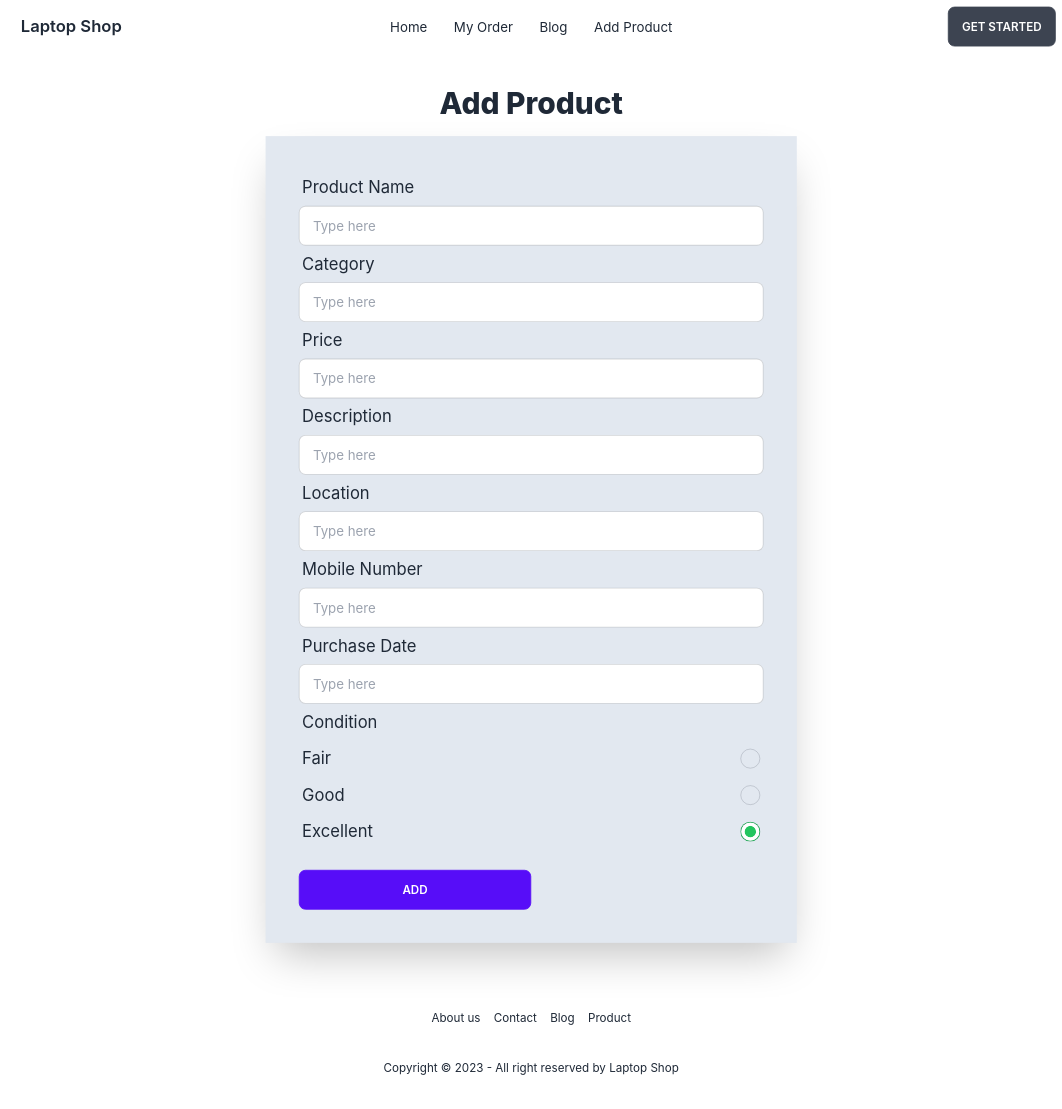
Repository: mdsajib50/E-commerce
Page: /add-product
These files come from the project's save history. The page is drawn as it stood at one moment and after a run of saves; the edit follows.
The browser window is 1280 px wide. The pictures show the whole page, at 83% of full size.
The project was rebuilt for these pictures with package versions that can differ from the ones it lists, and the page was loaded fresh each time. Also part of the build but not shown: src/Pages/Home/Banner/Banner.js, src/Pages/Home/Product/ProductCard.js, src/Pages/Home/Product/Product.js, src/Pages/Home/Home/Home.js.

Above is the page before, as saved 2023-01-11 23:27:46.

After the next 5 saves:
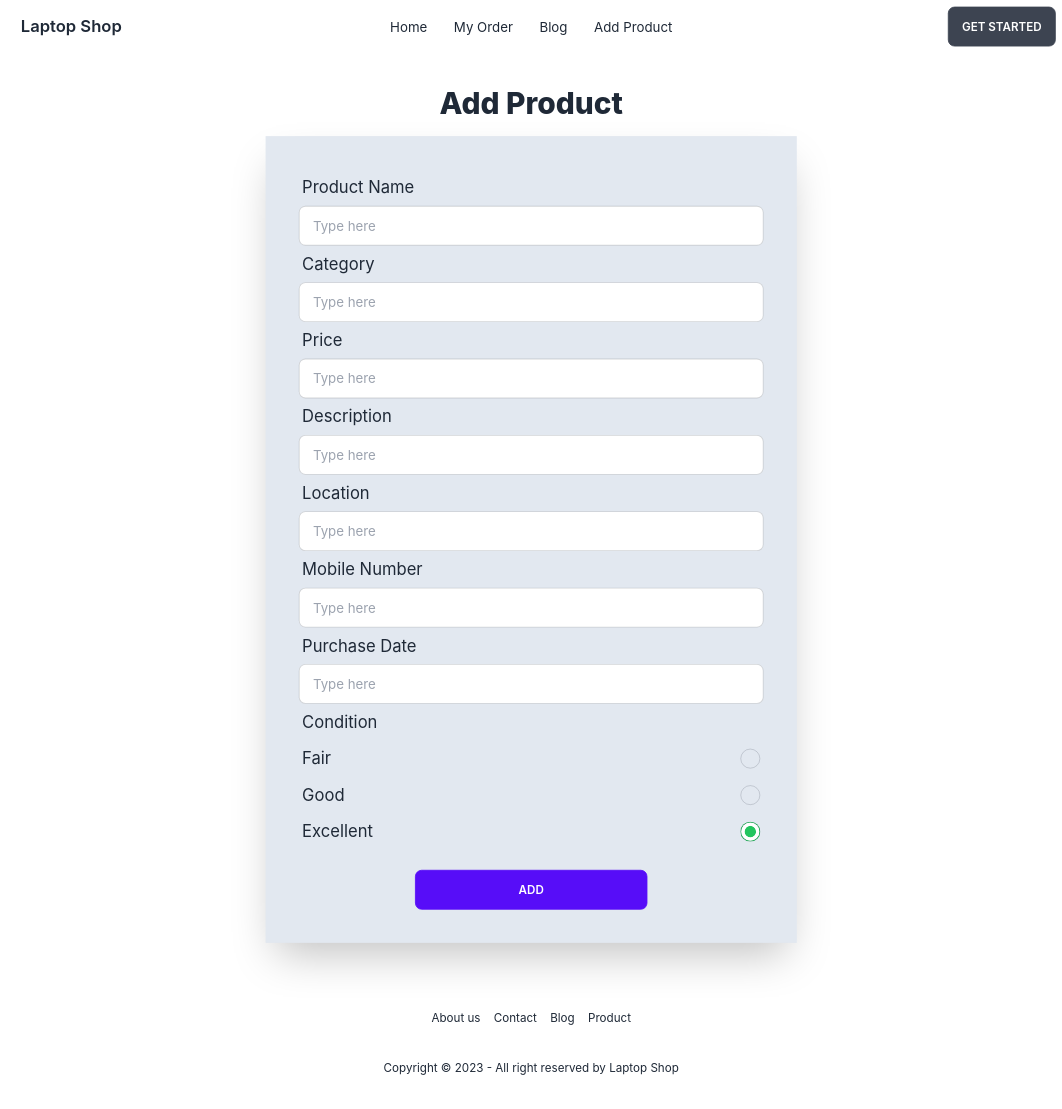
The 5 saves are shown as one change because they came seconds apart.
The last was saved 20 s later.
--- a/src/Pages/AddProduct/AddProduct.js
+++ b/src/Pages/AddProduct/AddProduct.js
@@ -70,7 +70,7 @@ const AddProduct = () => {
                                 <input type="radio" value='excellent' name="condition" className="radio checked:bg-green-500" checked />
                             </label>
                         </div>
-                        <div className="form-control mt-6 w-1/2">
+                        <div className="form-control mt-6 w-1/2 mx-auto">
                             <button className="btn btn-primary">Add</button>
                         </div>
                     </div>
